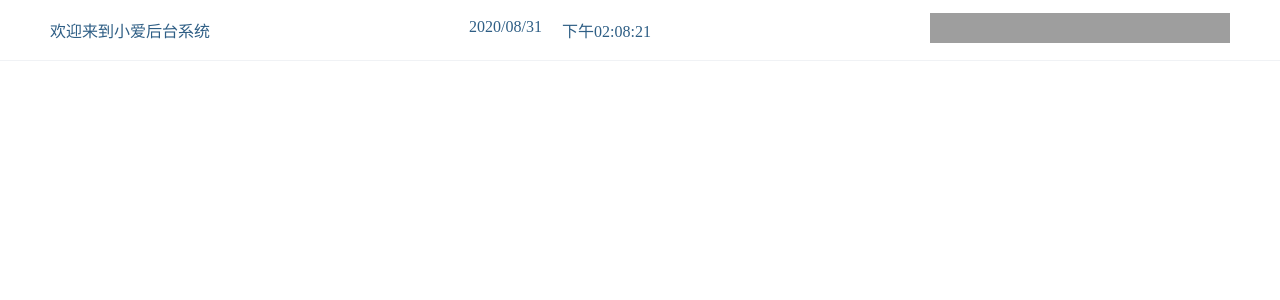
Repository: ZHANG-0714/backstage
Page: /home
An editor plug-in stored every save of this project. The page is shown before and after the next save, followed by the edit.
The browser window is 1280 px wide. The pictures show the whole page.
Pictures or frames that could not be fetched are drawn as grey boxes. The project was rebuilt for these pictures with package versions that can differ from the ones it lists, and the page was loaded fresh each time. Also part of the build but not shown: vue.config.js, src/views/Home.vue.

Above is the page before, as saved 2020-08-31 16:46:18.

After the next save:
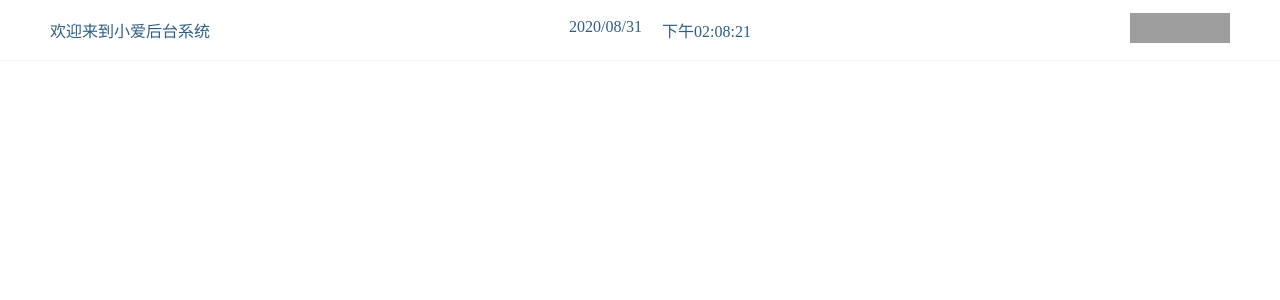
Saved 19 s later.
--- a/src/components/public/headTop.vue
+++ b/src/components/public/headTop.vue
@@ -73,4 +73,7 @@ export default {
 .time {
   margin-right: 20px;
 }
+iframe{
+    width: 100px;
+}
 </style>
